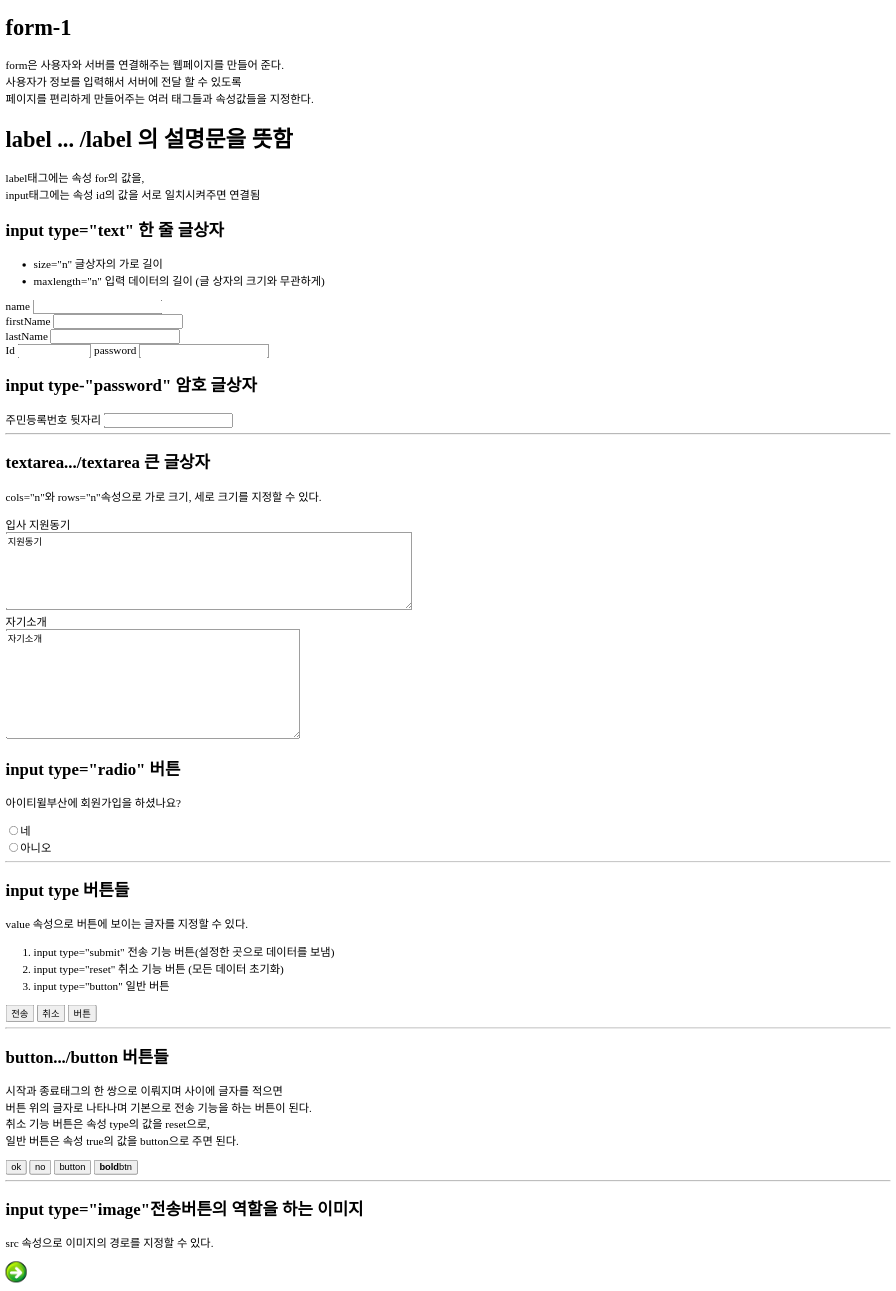
Repository: ReadStar/Web
Page: Html/html5/WebContent/form-1.html
These files come from the project's save history. The page is drawn as it stood at one moment and after the next save; the edit follows.
The browser window is 1280 px wide. The pictures show the whole page, at 70% of full size.

Above is the page before, as saved 2020-08-06 07:53:54.

### Html/html5/WebContent/form-1.html
<!DOCTYPE html>
<html>
<head>
<meta charset="UTF-8">
<title>Insert title here</title>
</head>
<body>
<h1>form-1</h1>
<p>form은 사용자와 서버를 연결해주는 웹페이지를 만들어 준다.<br>
	사용자가 정보를 입력해서 서버에 전달 할 수 있도록<br>
	페이지를 편리하게 만들어주는 여러 태그들과 속성값들을 지정한다.
</p>
<form action="test.jsp" method="get">
<h1>label ... /label 의 설명문을 뜻함</h1>
<p>label태그에는 속성 for의 값을,<br>
  input태그에는 속성 id의 값을 서로 일치시켜주면 연결됨</p>
<h2>input type="text" 한 줄 글상자</h2>
<ul>
<li>size="n" 글상자의 가로 길이</li>
<li>maxlength="n" 입력 데이터의 길이 (글 상자의 크기와 무관하게) </li>
</ul>
	<label for="name">name</label> <input type="text" id="name"><br>
	<label for="f-name">firstName</label> <input type="text" id="f-name"><br>
	<label for="l-name">lastName</label> <input type="text" id="l-name"><br>
	<label for="id">Id</label> <input type="text" id="Id" maxlength="6" size="10">
	<label for="pwd">password</label> <input type="password" id="pwd" maxlength="12"><br>
<h2>input type-"password" 암호 글상자</h2>
	<label for="pass">주민등록번호 뒷자리</label> <input type="password" id="pass" maxlength="7"><br>
<hr>
<h2>textarea.../textarea 큰 글상자</h2>
<p>cols="n"와 rows="n"속성으로 가로 크기, 세로 크기를 지정할 수 있다.</p>
<label>입사 지원동기<br>
<textarea rows="7" cols="70">지원동기</textarea><br>
</label>


<label for="txt02">자기소개</label><br>
<textarea rows="10" cols="50">자기소개</textarea>

<h2>input type="radio" 버튼</h2>
<p>아이티윌부산에 회원가입을 하셨나요?</p>
<label><input type="radio" name="itw-m">네</label><br>
<label><input type="radio" name="itw-m">아니오</label>

<hr>
<h2>input type 버튼들</h2>
<p> value 속성으로 버튼에 보이는 글자를 지정할 수 있다.</p>
<ol>
<li>input type="submit" 전송 기능 버튼(설정한 곳으로 데이터를 보냄)</li>
<li>input type="reset" 취소 기능 버튼 (모든 데이터 초기화)</li>
<li>input type="button" 일반 버튼</li>
</ol>

<input type="submit" value="전송">
<input type="reset" value="취소">

<input type="button" value="버튼" onclick="alert('아무것도아님')"><br>

<hr>
<h2>button.../button 버튼들</h2>
<p>시작과 종료태그의 한 쌍으로 이뤄지며 사이에 글자를 적으면<br>
버튼 위의 글자로 나타나며 기본으로 전송 기능을 하는 버튼이 된다.<br>
취소 기능 버튼은 속성 type의 값을  reset으로,<br>
일반 버튼은 속성 true의 값을 button으로 주면 된다.</p>
<button>ok</button>
<button type="reset">no</button>

<button type="button" onmouseover="alert('조심')">button</button>
<button type="button"><b>bold</b>btn</button>

<hr>
<h2>input type="image"전송버튼의 역할을 하는 이미지</h2>
<p>src 속성으로 이미지의 경로를 지정할 수 있다.</p>

<input type="image" src="img.gif" width="30" height="30">
</form>

</body>
</html>

After the next save:
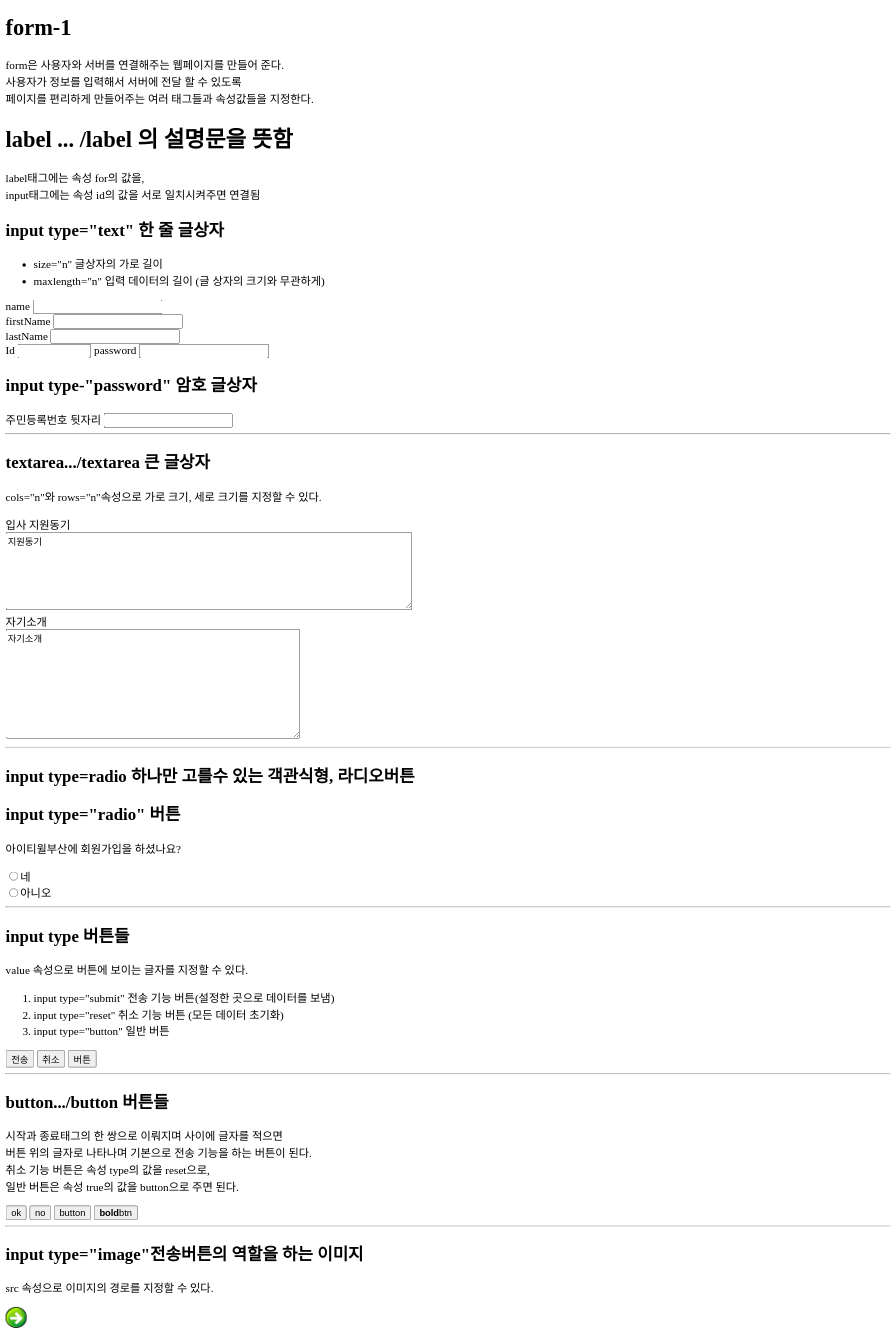
Saved 63 s later.
--- a/Html/html5/WebContent/form-1.html
+++ b/Html/html5/WebContent/form-1.html
@@ -36,7 +36,8 @@
 
 <label for="txt02">자기소개</label><br>
 <textarea rows="10" cols="50">자기소개</textarea>
-
+<hr>
+<h2>input type=radio 하나만 고를수 있는 객관식형, 라디오버튼</h2>
 <h2>input type="radio" 버튼</h2>
 <p>아이티윌부산에 회원가입을 하셨나요?</p>
 <label><input type="radio" name="itw-m">네</label><br>
